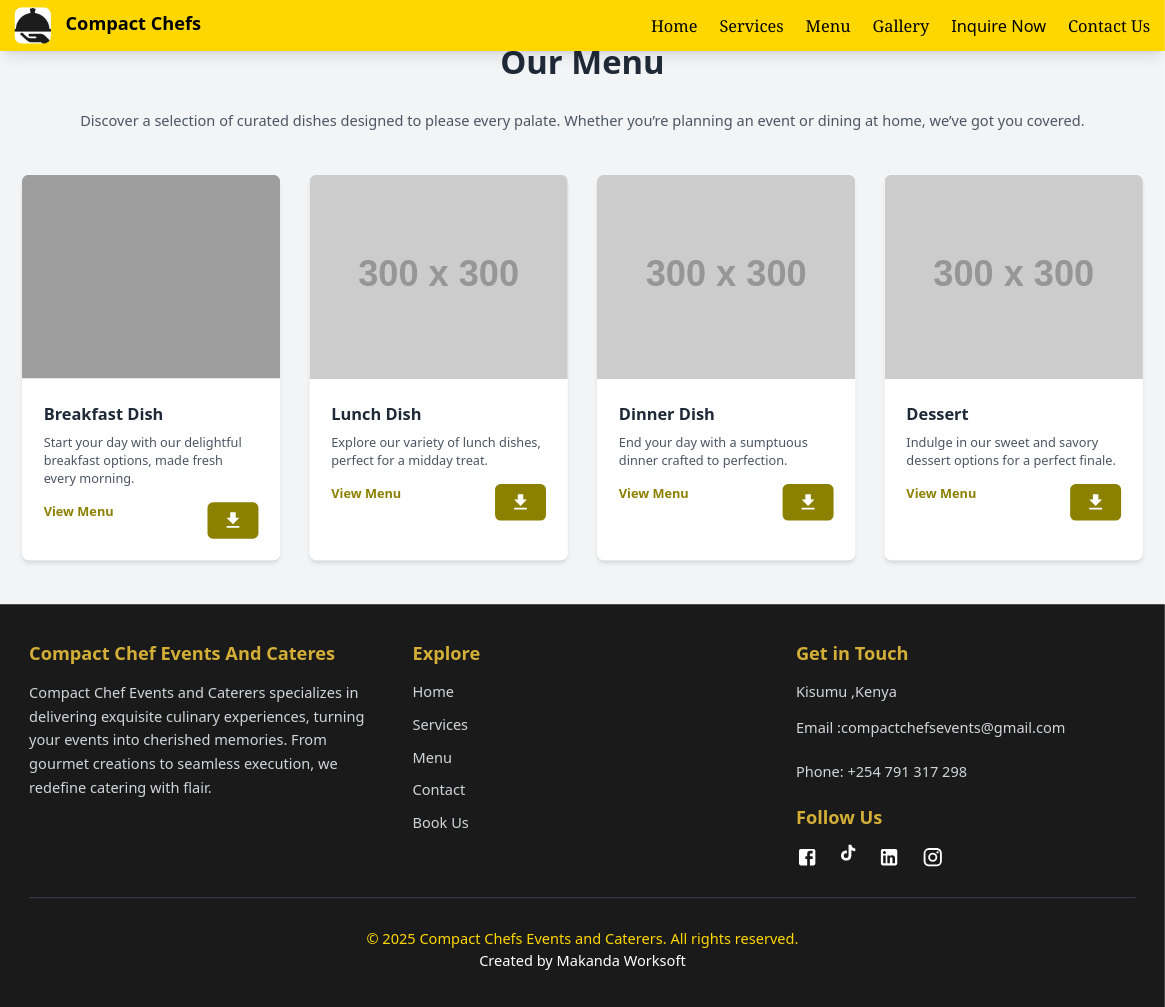
Repository: makanda596/compactchef
Page: /menu
The author's editor kept a copy of each file at every save. The page is drawn from the files as they stood at one save, then again after the next save.
The browser window is 1280 px wide. The pictures show the whole page, at 91% of full size.
Pictures or frames that could not be fetched are drawn as grey boxes. The project was rebuilt for these pictures with package versions that can differ from the ones it lists, and the page was loaded fresh each time. Also part of the build but not shown: src/components/Hero.jsx, src/components/Client.jsx, src/components/Reviews.jsx, src/components/About.jsx, src/pages/Home.jsx, src/pages/Services.jsx, src/pages/Contact.jsx, src/pages/Book.jsx and 2 more.

Above is the page before, as saved 2025-01-22 09:20:38.

After the next save:
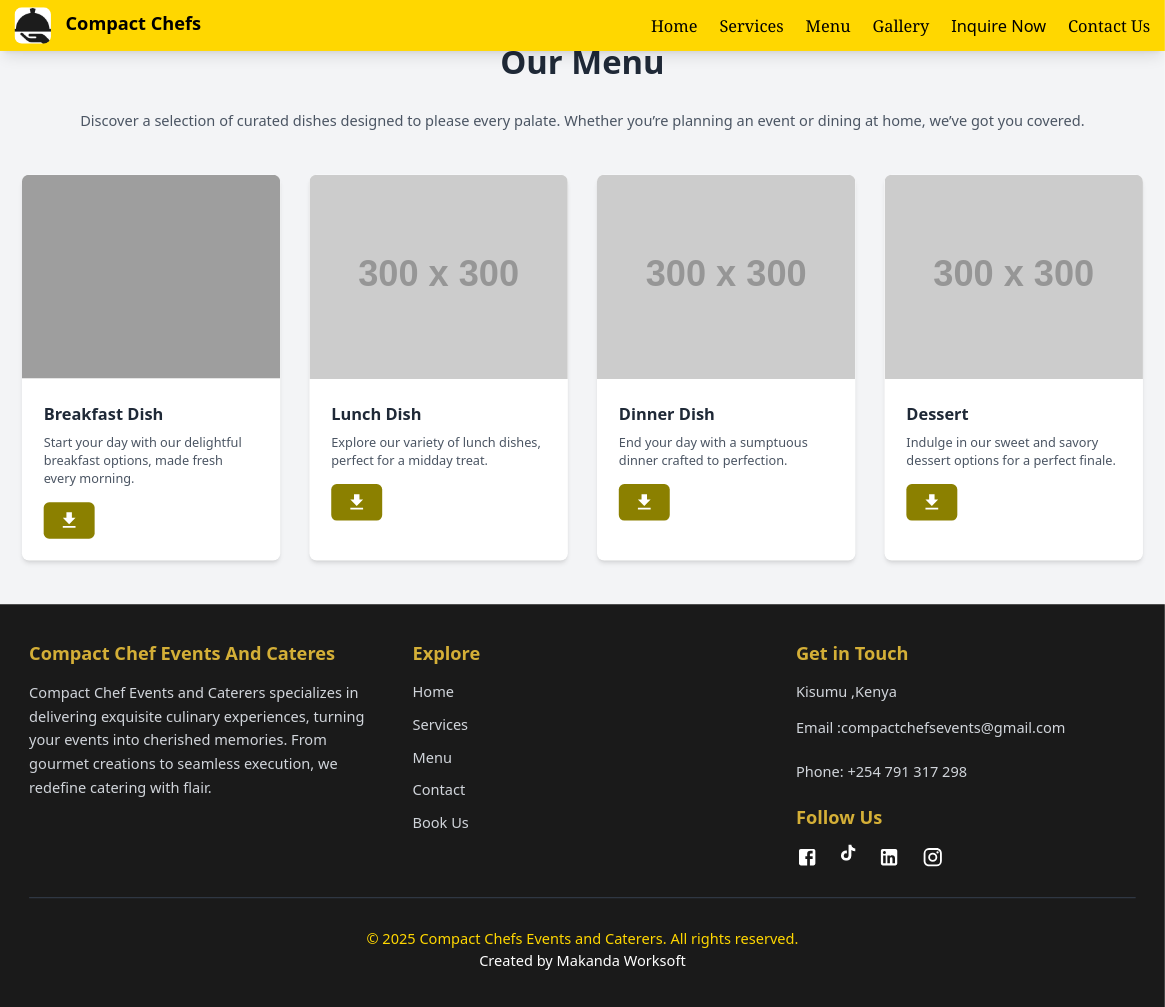
Saved 22 s later.
--- a/src/pages/Menu.jsx
+++ b/src/pages/Menu.jsx
@@ -58,14 +58,7 @@ function Menu() {
                                 <h3 className="text-lg font-bold text-gray-800 mb-2">{item.title}</h3>
                                 <p className="text-sm text-gray-600 mb-4">{item.description}</p>
                                 <div className="flex justify-between">
-                                    <a
-                                        href={item.viewLink}
-                                        target="_blank"
-                                        rel="noopener noreferrer"
-                                        className="text-sm font-semibold text-[#8b8000] hover:text-[#a08d00]"
-                                    >
-                                        View Menu
-                                    </a>
+
                                     <a
                                         href={item.downloadLink}
                                         download
